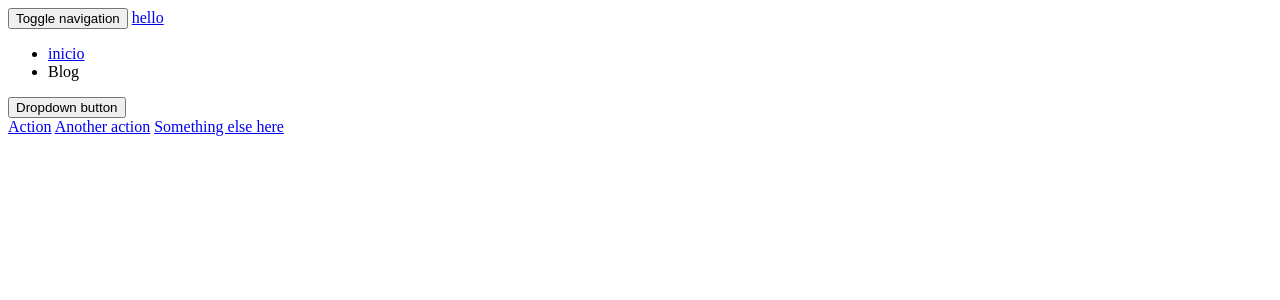
Repository: anamariagr/hello-blog
Page: hello_blog_angular/app/views/menu.html
The author's editor kept a copy of each file at every save. The page is drawn from the files as they stood at one save, then again after the next save.
The browser window is 1280 px wide. The pictures show the whole page.

Above is the page before, as saved 2021-12-16 18:55:55.

### hello_blog_angular/app/views/menu.html

  <div class="header" ng-controller = "MenuCtrl as menu">

    <div class="navbar navbar-default" role="navigation">
      <div class="container">
        <div class="navbar-header">

          <button type="button" class="navbar-toggle collapsed" data-toggle="collapse" data-target="#js-navbar-collapse">
            <span class="sr-only">Toggle navigation</span>
            <span class="icon-bar"></span>
            <span class="icon-bar"></span>
            <span class="icon-bar"></span>
          </button>

          <a class="navbar-brand" href="#/">hello</a>
        </div>

        <div class="collapse navbar-collapse" id="js-navbar-collapse">

          <ul class="nav navbar-nav">
            <li ng-class="{active : menu.isActive('/')}"><a href="#!/">inicio</a></li>
            <li ng-class="{active : menu.isActive('/about')}"><a ng-href="#!/about">Blog</a></li>

          </ul>
          <div class="dropdown">
            <button class="btn btn-secondary dropdown-toggle" type="button" id="dropdownMenuButton" data-toggle="dropdown" aria-haspopup="true" aria-expanded="false">
              Dropdown button
            </button>
            <div class="dropdown-menu" aria-labelledby="dropdownMenuButton">
              <a class="dropdown-item" href="#">Action</a>
              <a class="dropdown-item" href="#">Another action</a>
              <a class="dropdown-item" href="#">Something else here</a>
            </div>
          </div>

        </div>
      </div>
    </div>

</div>

After the next save:
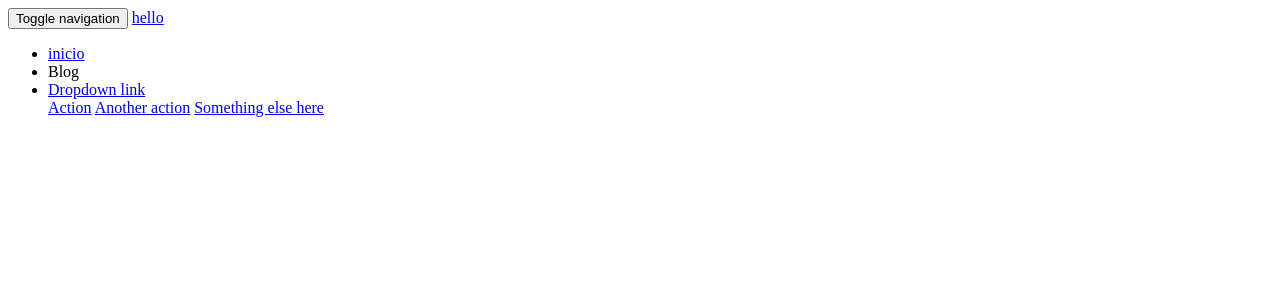
Saved 22 s later.
--- a/hello_blog_angular/app/views/menu.html
+++ b/hello_blog_angular/app/views/menu.html
@@ -20,18 +20,21 @@
           <ul class="nav navbar-nav">
             <li ng-class="{active : menu.isActive('/')}"><a href="#!/">inicio</a></li>
             <li ng-class="{active : menu.isActive('/about')}"><a ng-href="#!/about">Blog</a></li>
+            <li>
+              <div class="dropdown show">
+                <a class="btn btn-secondary dropdown-toggle" href="#" role="button" id="dropdownMenuLink" data-toggle="dropdown" aria-haspopup="true" aria-expanded="false">
+                  Dropdown link
+                </a>
 
+                <div class="dropdown-menu" aria-labelledby="dropdownMenuLink">
+                  <a class="dropdown-item" href="#">Action</a>
+                  <a class="dropdown-item" href="#">Another action</a>
+                  <a class="dropdown-item" href="#">Something else here</a>
+                </div>
+              </div>
+            </li>
           </ul>
-          <div class="dropdown">
-            <button class="btn btn-secondary dropdown-toggle" type="button" id="dropdownMenuButton" data-toggle="dropdown" aria-haspopup="true" aria-expanded="false">
-              Dropdown button
-            </button>
-            <div class="dropdown-menu" aria-labelledby="dropdownMenuButton">
-              <a class="dropdown-item" href="#">Action</a>
-              <a class="dropdown-item" href="#">Another action</a>
-              <a class="dropdown-item" href="#">Something else here</a>
-            </div>
-          </div>
+
 
         </div>
       </div>
